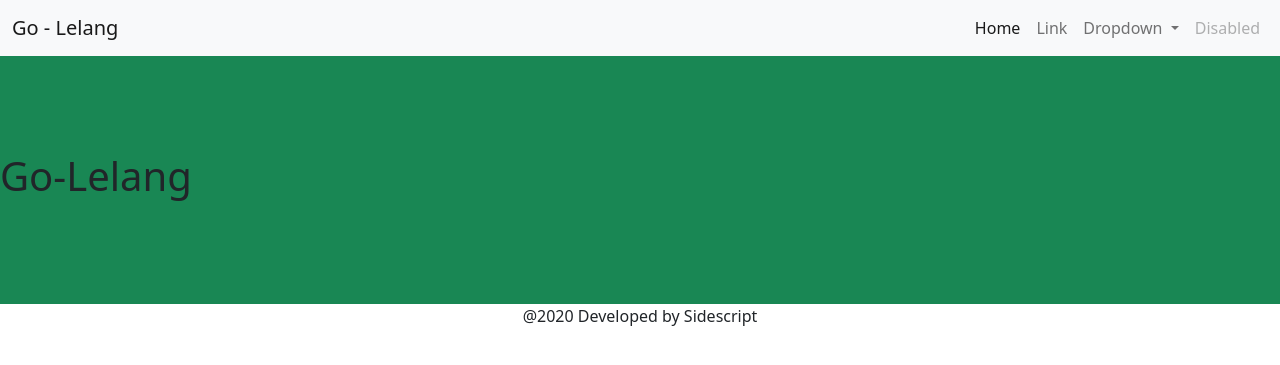
Repository: khulqu15/Go---Lelalng
Page: http://localhost/
The author's editor kept a copy of each file at every save. The page is drawn from the files as they stood at one save, then again after the next save.
The browser window is 1280 px wide. The pictures show the whole page.
The page is served by the project's Laravel application, run on PHP 8.4 with Laravel 8.

Above is the page before, as saved 2021-02-22 09:17:40.

After the next save:
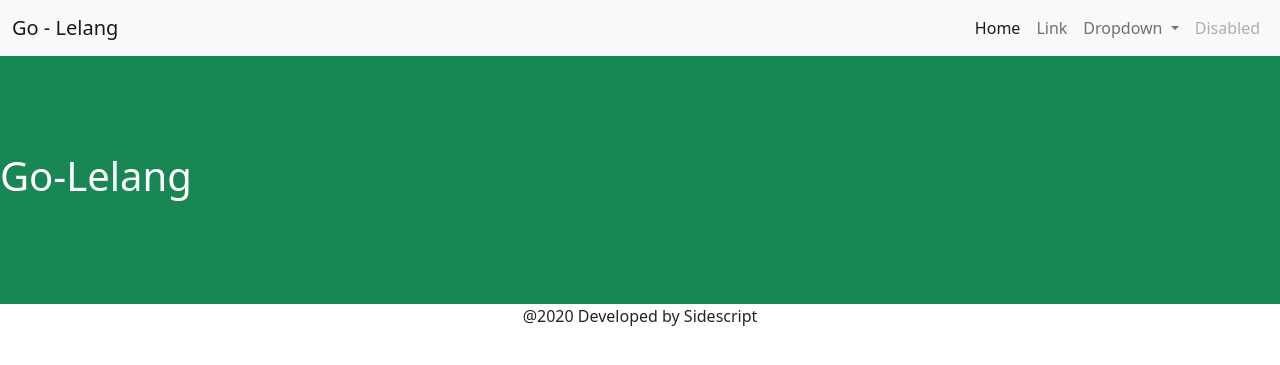
Saved 12 s later.
--- a/resources/views/welcome.blade.php
+++ b/resources/views/welcome.blade.php
@@ -6,7 +6,7 @@
 	<div class="container-fluid bg-success">
 		<div class="row py-5">
 			<div class="col-md-12 px-0 py-5">
-                <h1>Go-Lelang</h1>
+                <h1 class="text-white font-weight-bold">Go-Lelang</h1>
 			</div>
 		</div>
 	</div>
